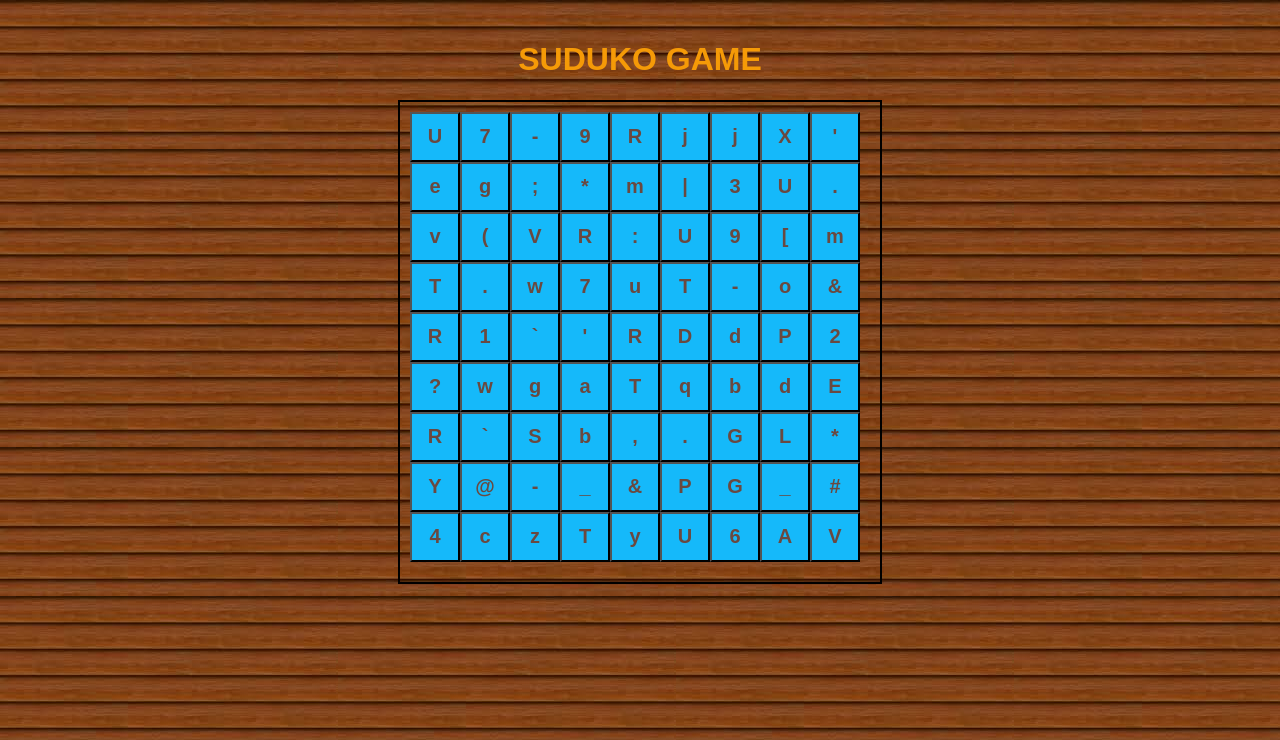
Repository: ahmad8969/Suduko-Game-React-App
Page: /
These files come from the project's save history. The page is drawn as it stood at one moment and after the next save; the edit follows.
The browser window is 1280 px wide. The pictures show the whole page.
Some web fonts or font styles are not loaded; a fallback is used. The project was rebuilt for these pictures with package versions that can differ from the ones it lists, and the page was loaded fresh each time.

Above is the page before, as saved 2021-03-11 15:20:15.

After the next save:
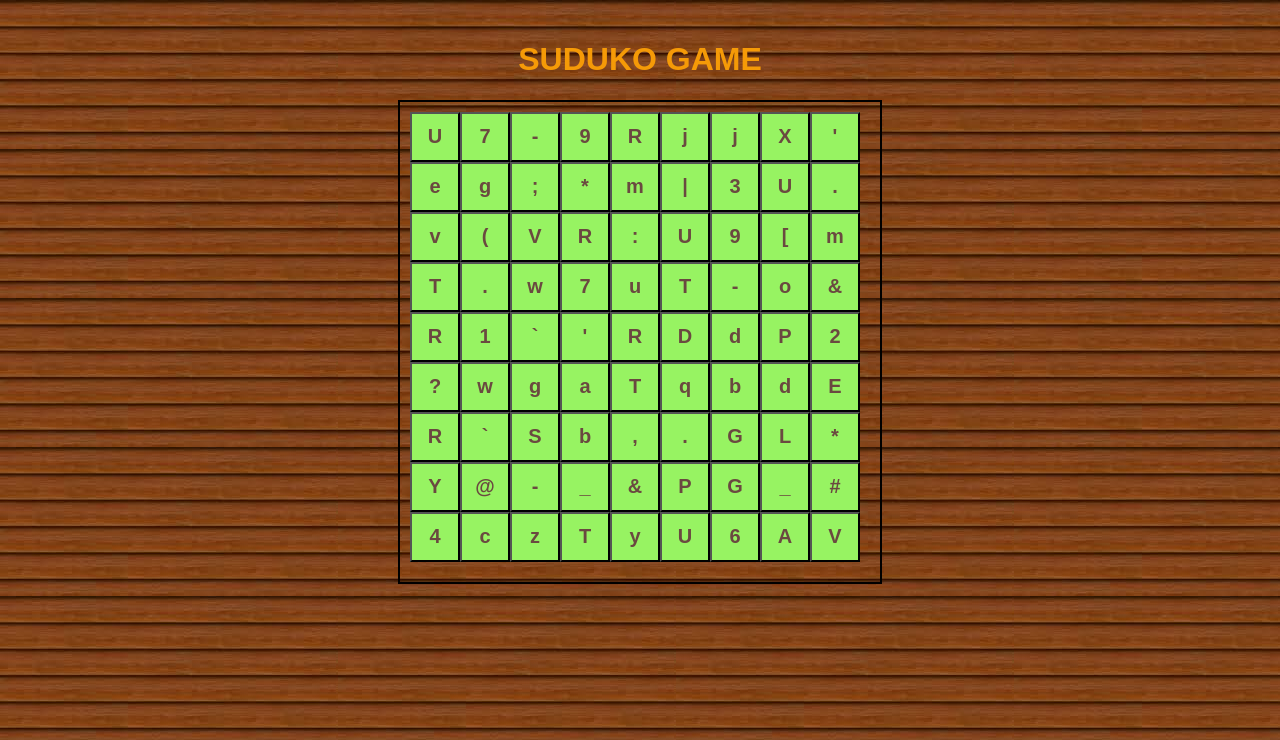
Saved 23 s later.
--- a/src/components/block.css
+++ b/src/components/block.css
@@ -8,7 +8,7 @@
   font-weight: 600;
   /* color:rgb(109,84,62); */
   color: #6a4940;
-  background-color: rgb(21, 185, 250);
+  background-color: rgb(151, 243, 98);
 }
 .nine_block_Style {
   /* height: 150px !important;
